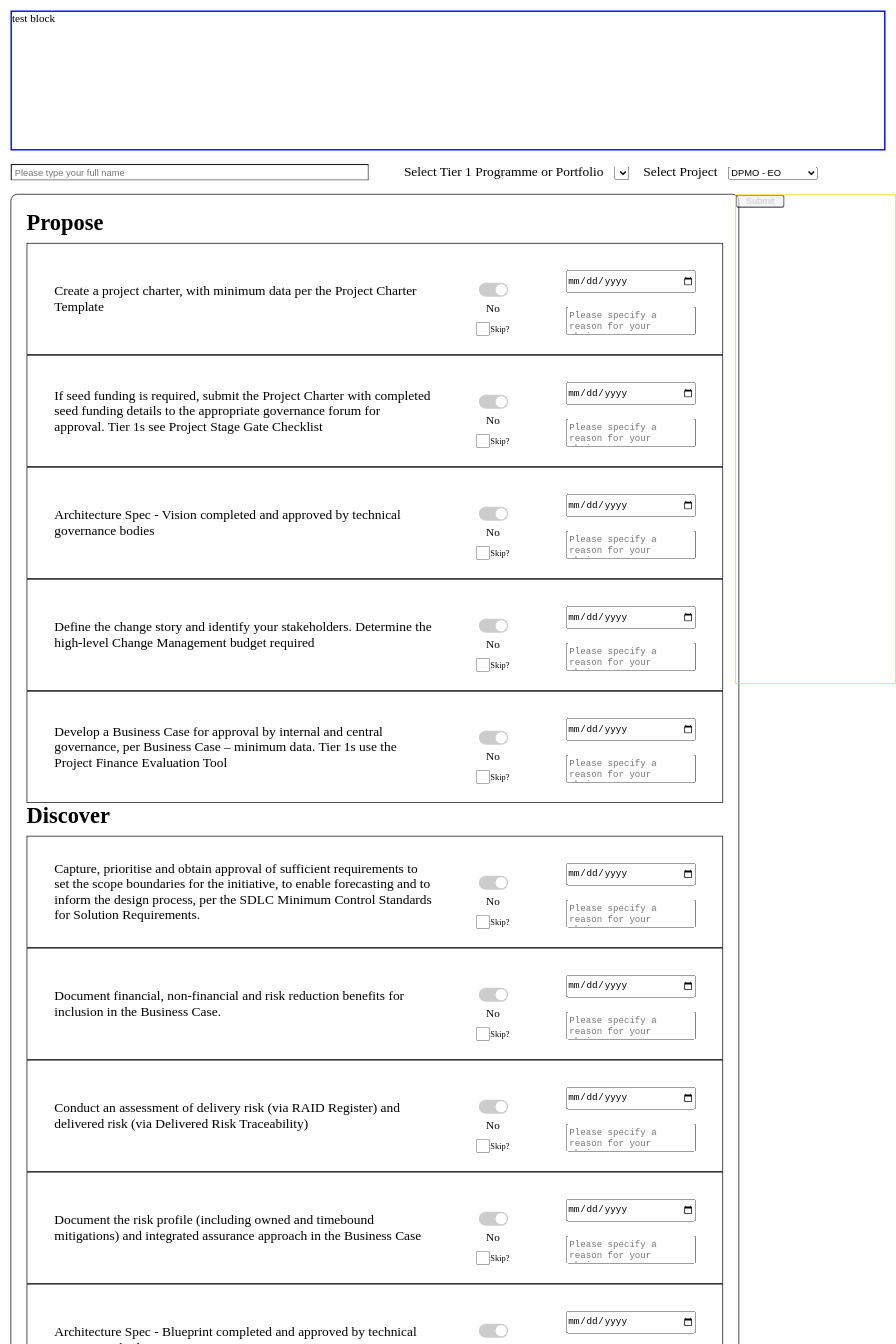
Repository: I-Alpha/JQuery-Html-form
Page: Project-form.html
These files come from the project's save history. The page is drawn as it stood at one moment and after the next save; the edit follows.
The browser window is 1280 px wide. The pictures show the part of the page from y = 0 to 1920 px (the page is 8709 px tall), at 70% of full size.

Above is the page before, as saved 2020-10-27 01:05:28.

After the next save:
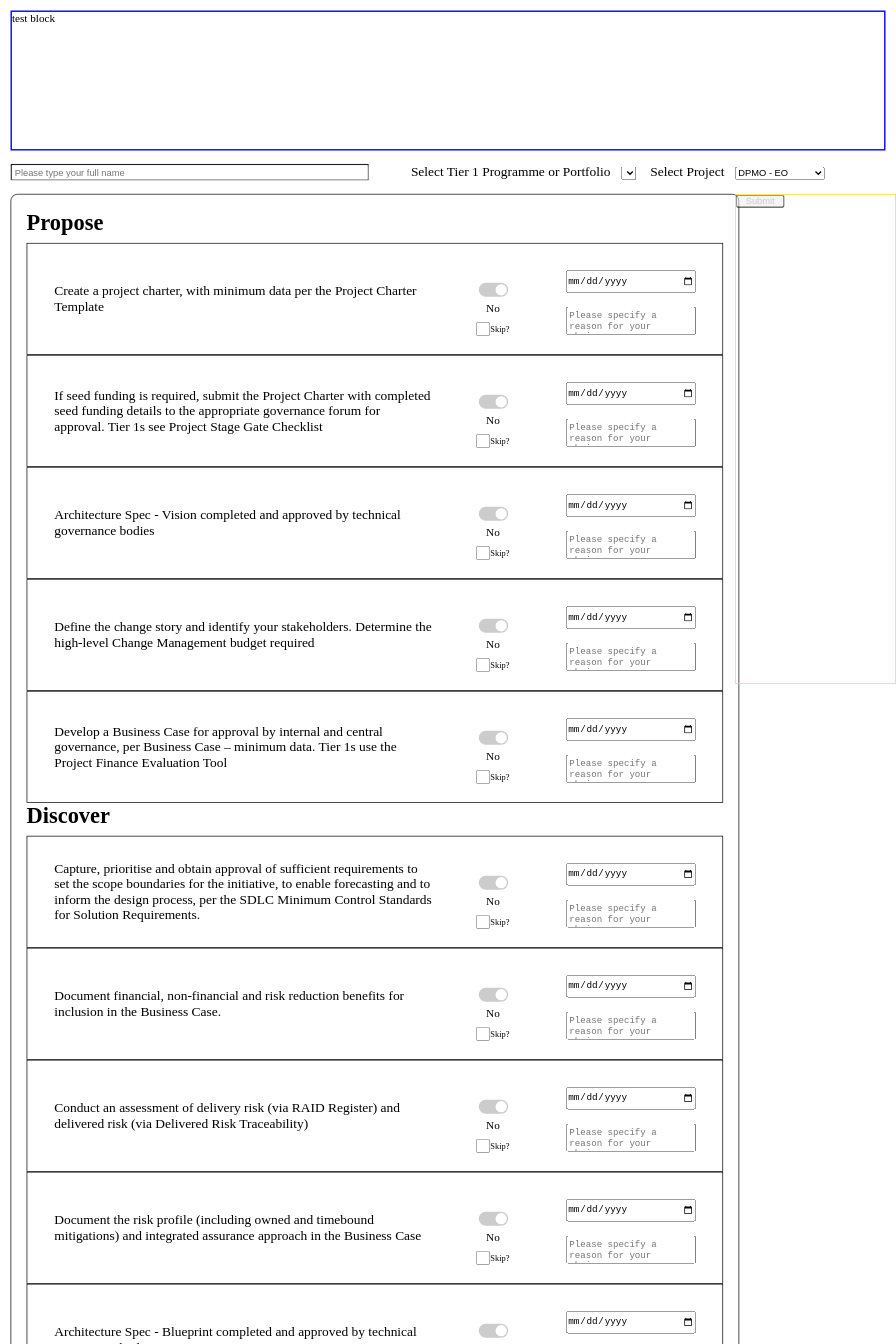
Saved 4 s later.
--- a/main.css
+++ b/main.css
@@ -351,7 +351,7 @@
      width: 32rem;
     border-radius:2px;
     padding:0 4px;
-    margin-right:40px;
+    margin-right:50px;
     }
 
 #form1 {
